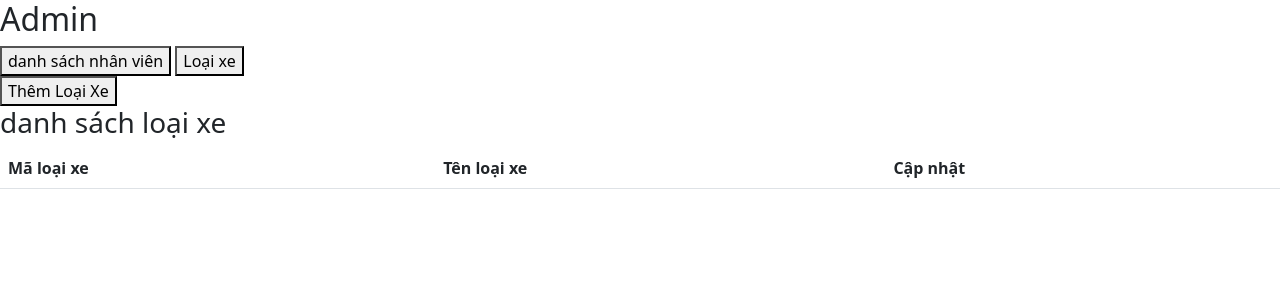
Repository: QuanghuyK1/CNPM
Page: http://localhost/CNPM/WEB-INF/views/LoaiXe/danhsach.jsp
The author's editor kept a copy of each file at every save. The page is drawn from the files as they stood at one save, then again after the next save.
The browser window is 1280 px wide. The pictures show the whole page.
The page is served by Tomcat 9. Nobody is signed in. The template is opened directly, without the code that normally fills it, so the values that code supplies are empty.

Above is the page before, as saved 2022-04-23 15:55:19.

After the next save:
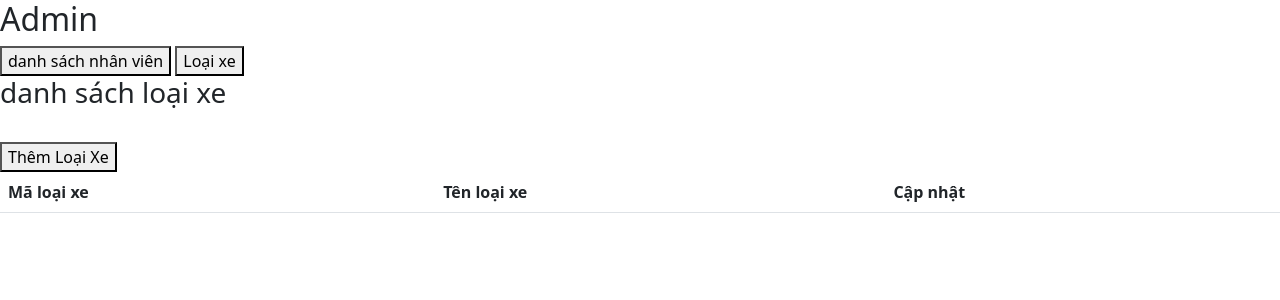
Saved 25 s later.
--- a/CNPM-main/WebXeKhach/CNPM/src/main/webapp/WEB-INF/views/LoaiXe/danhsach.jsp
+++ b/CNPM-main/WebXeKhach/CNPM/src/main/webapp/WEB-INF/views/LoaiXe/danhsach.jsp
@@ -19,9 +19,9 @@
 			sách nhân viên</button>
 		<button type="submit" formaction="/CNPM/admin/loaixe.htm">Loại
 			xe</button>
+		<h3>danh sách loại xe</h3>
 		<br>
 		<button name="Insert">Thêm Loại Xe</button>
-		<h3>danh sách loại xe</h3>
 		<table class="table">
 			<thead>
 				<tr>
